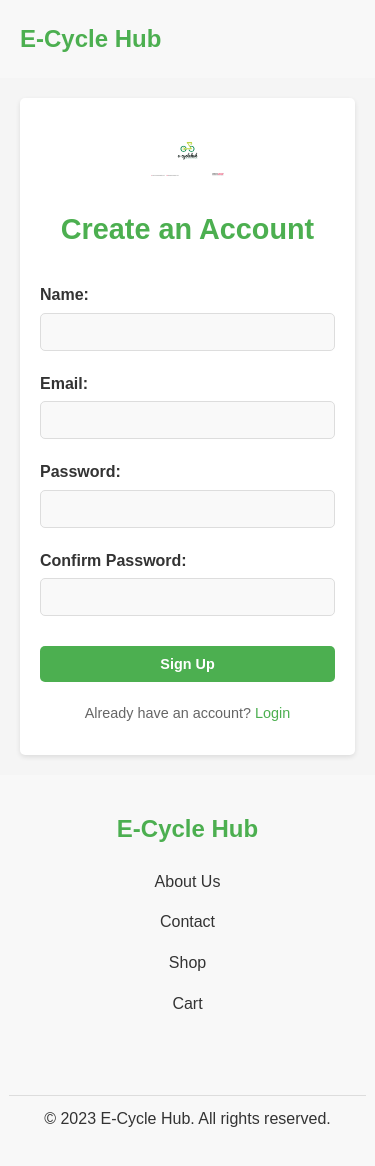
Repository: Rutuja-g/E-Cycle-Hub
Page: public/signup.html
These files come from the project's save history. The page is drawn as it stood at one moment and after the next save; the edit follows.
The browser window is 375 px wide. The pictures show the whole page.

Above is the page before, as saved 2025-10-23 17:19:47.

After the next save:
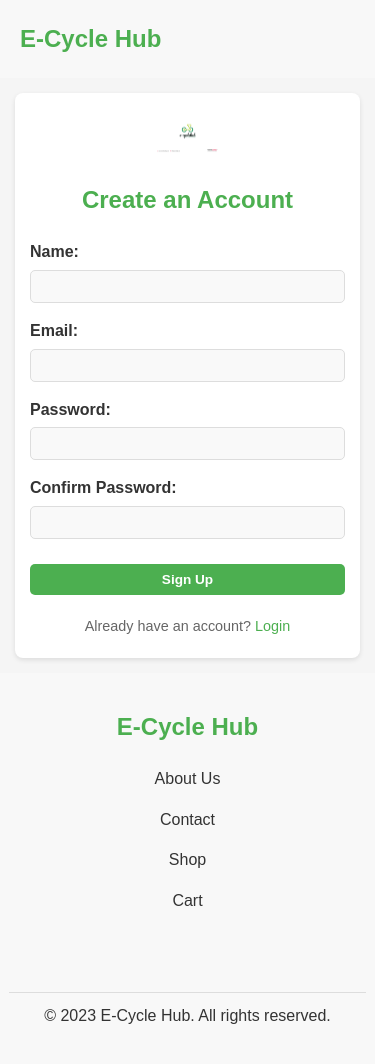
Saved 97 s later.
--- a/public/css/auth.css
+++ b/public/css/auth.css
@@ -147,11 +147,16 @@ main {
 }
 
 /* Responsive styles */
-@media (max-width: 600px) {
+@media (max-width: 768px) {
+  main {
+    padding: 10px;
+  }
+
   .login-form,
   .signup-form {
     padding: 30px 20px;
     max-width: 100%;
+    margin: 20px auto;
   }
 
   .login-form h2,
@@ -169,3 +174,44 @@ main {
     font-size: 0.9em;
   }
 }
+
+@media (max-width: 480px) {
+  header nav .nav-links {
+    display: none;
+  }
+
+  main {
+    padding: 5px;
+  }
+
+  .login-form,
+  .signup-form {
+    padding: 20px 15px;
+    margin: 10px;
+    border-radius: 8px;
+  }
+
+  .login-form h2,
+  .signup-form h2 {
+    font-size: 1.5em;
+    margin-bottom: 20px;
+  }
+
+  .form-group {
+    margin-bottom: 15px;
+  }
+
+  .form-group input {
+    padding: 8px;
+    font-size: 0.85em;
+  }
+
+  .btn {
+    padding: 8px;
+    font-size: 0.85em;
+  }
+
+  .logo-auth img {
+    height: 40px;
+  }
+}
